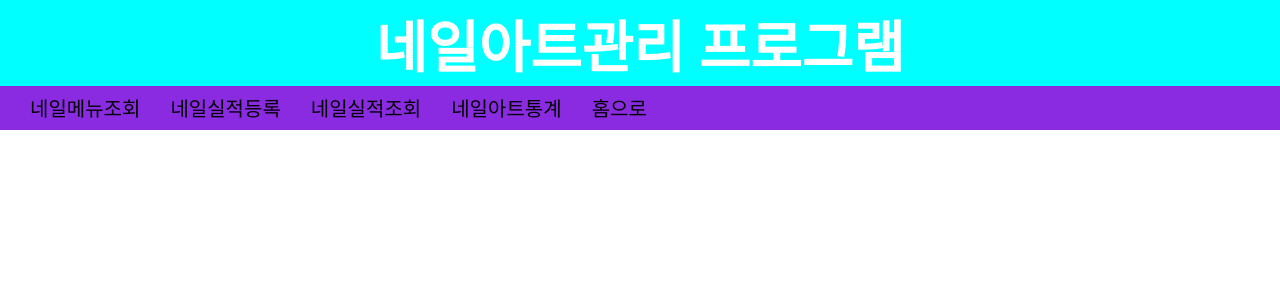
Repository: balhyo-younjisang/DigitechJSP
Page: http://localhost/NailArt/
The author's editor kept a copy of each file at every save. The page is drawn from the files as they stood at one save, then again after the next save.
The browser window is 1280 px wide. The pictures show the whole page.
The page is served by Tomcat 9.

Above is the page before, as saved 2025-04-14 08:33:14.

After the next save:
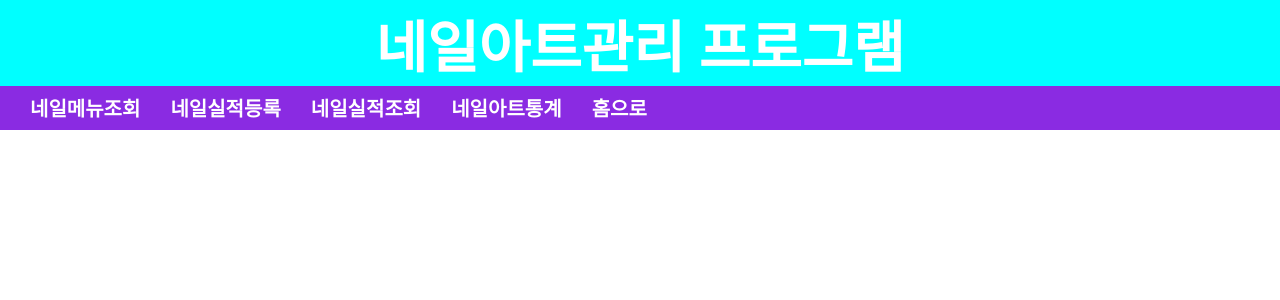
Saved 7 s later.
--- a/pizza0403/NailArt/src/main/webapp/css/style.css
+++ b/pizza0403/NailArt/src/main/webapp/css/style.css
@@ -41,4 +41,6 @@ header .gnb {
 	align-items: center;
 	font-size: 20px;
 	background-color: blueviolet;
+	font-weight: bold;
+	color: white;
 }
